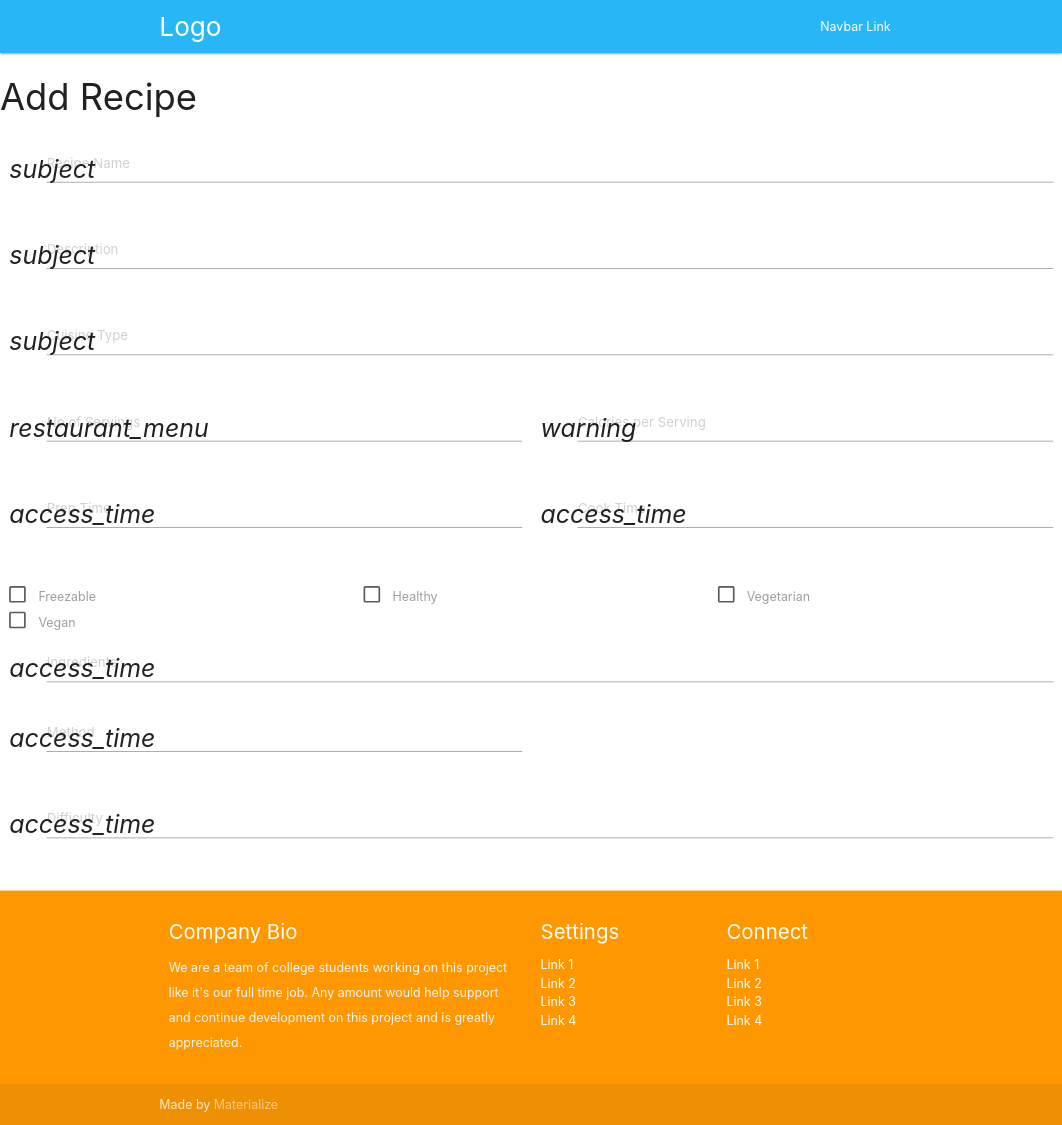
Repository: keefm6776/cookery-website
Page: templates/add_recipe.html
The author's editor kept a record of every edit. The page is drawn from the files as they stood at one moment, then again after the next edit.
The browser window is 1280 px wide. The pictures show the whole page, at 83% of full size.
The page is served by the project's application, run on Flask 3 (app.py). The template is opened directly, without the code that normally fills it, so the values that code supplies are empty.

Above is the page before.
Console error: ReferenceError: $ is not defined

After the next edit:
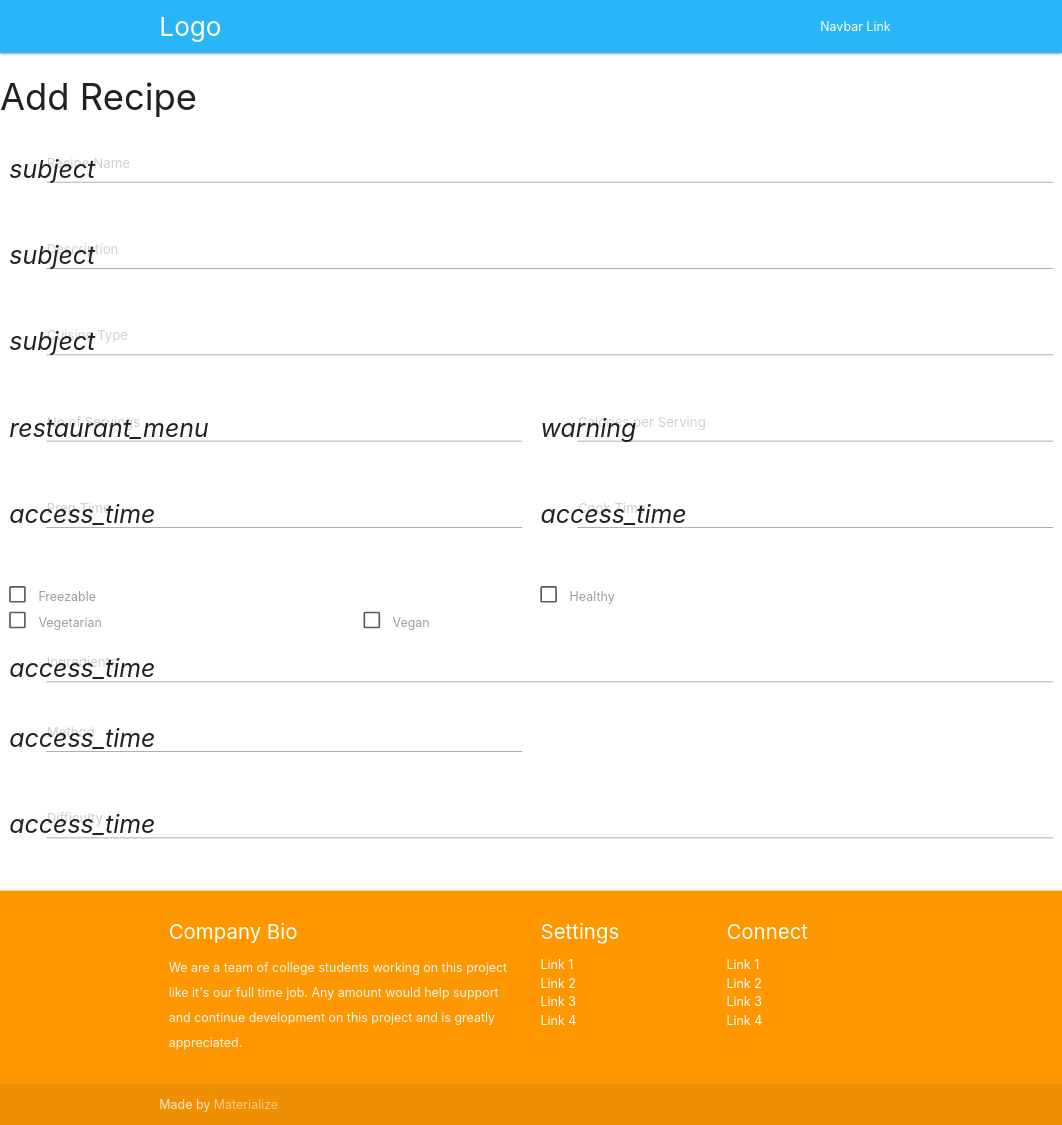
The edit:
--- a/templates/add_recipe.html
+++ b/templates/add_recipe.html
@@ -45,7 +45,7 @@
     </div>
 
     <div class="row">
-      <div class="input-field col s4">
+      <div class="input-field col s6">
 
         <label>
           <input type="checkbox" id="isFreezable" class="filled-in"/>
